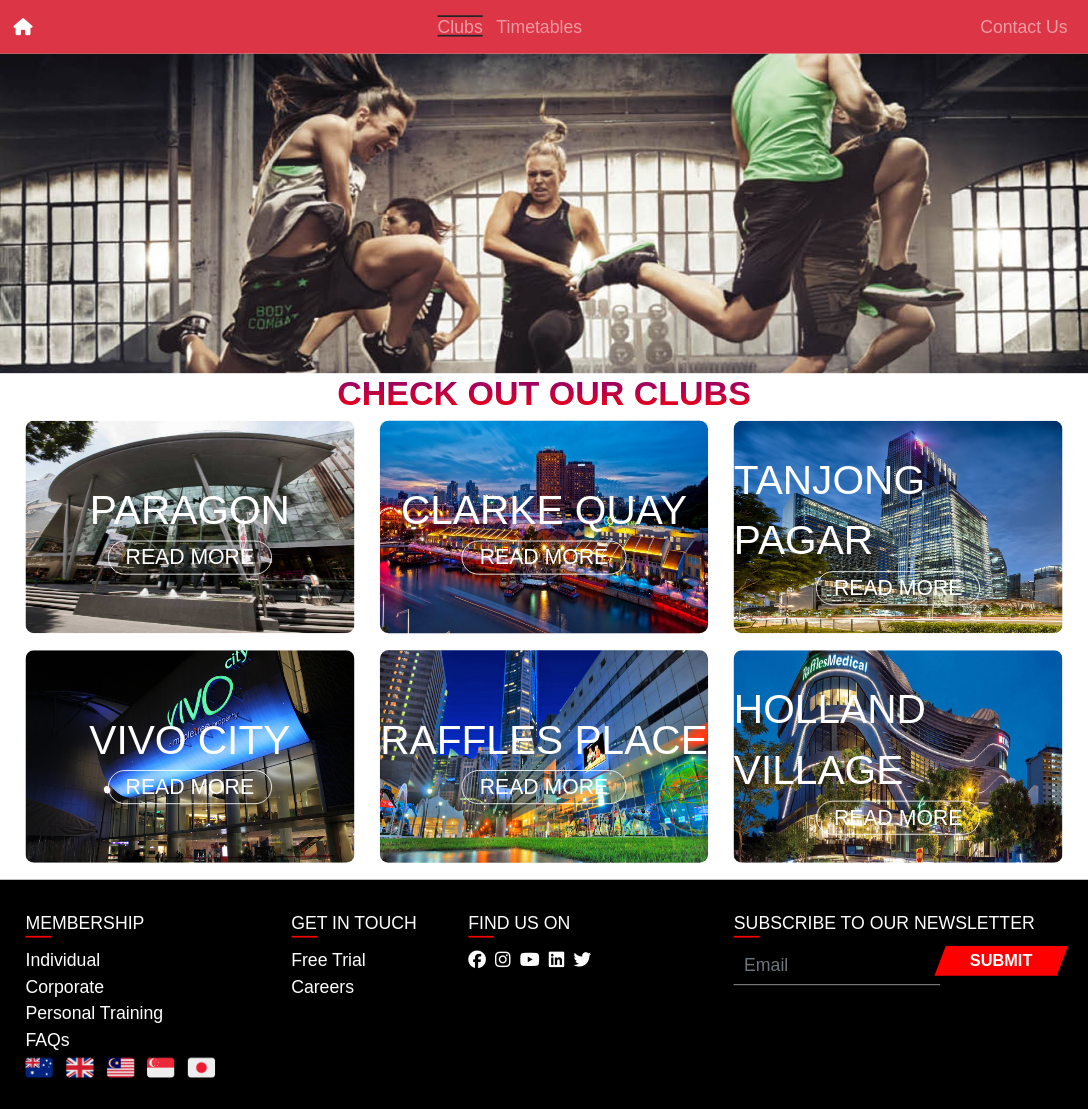
Repository: KJY93/User_Centric_Frontend_Development_Project
Page: clubs.html
The author's editor kept a record of every edit. The page is drawn from the files as they stood at one moment, then again after the next edit.
The browser window is 1280 px wide. The pictures show the whole page, at 85% of full size.
Some web fonts or font styles are not loaded; a fallback is used. Some web libraries are served in a nearby version.

Above is the page before.

After the next edit:
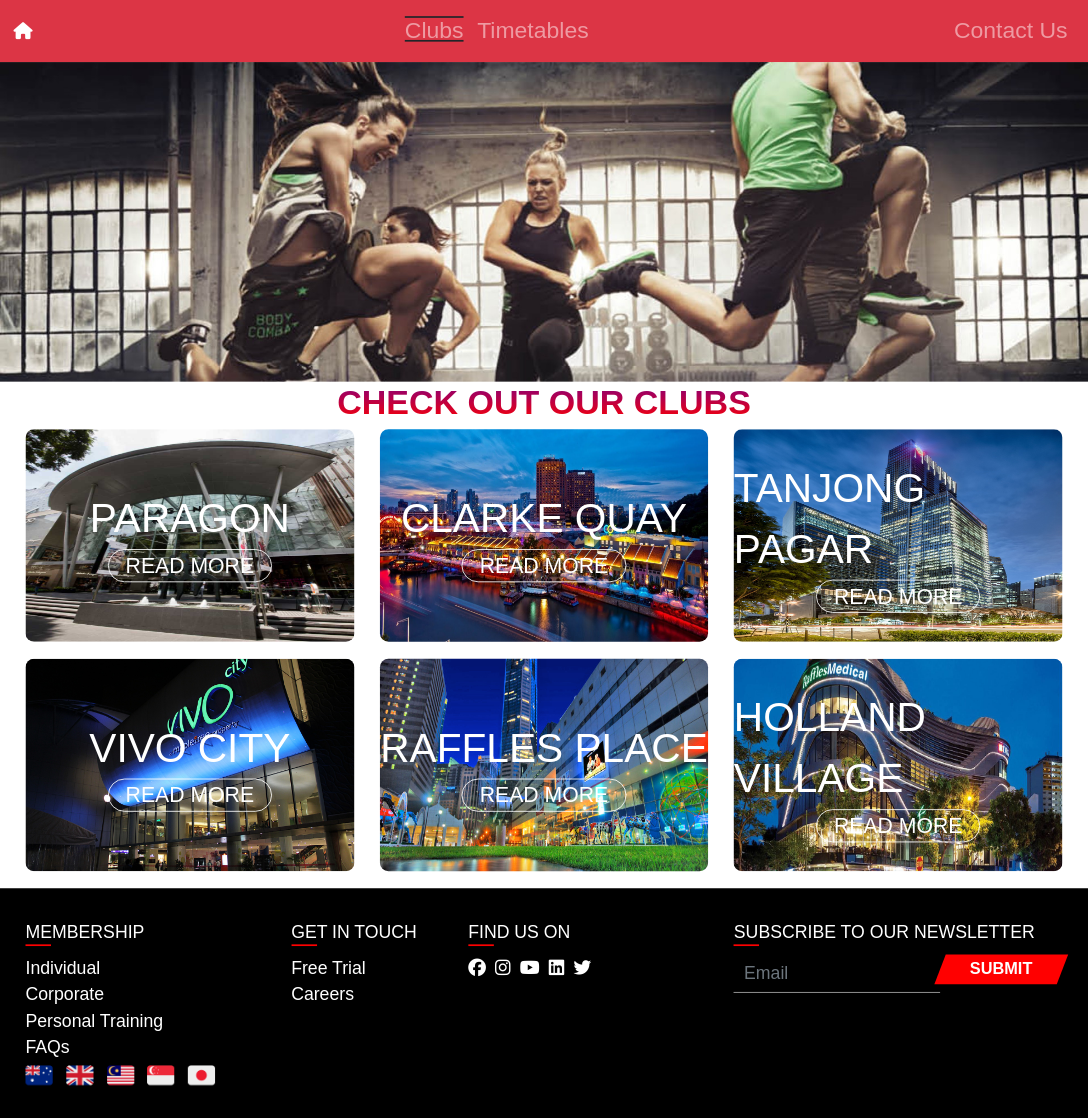
The edit:
--- a/static/styles.css
+++ b/static/styles.css
@@ -66,8 +66,7 @@
  	font-size: 1em;
 }
 
-/*.col-sm-12, .col-md-6, .nav-link, #signup-link {*/
-.col-sm-12, .col-md-6, #signup-link {
+.col-sm-12, .col-md-6, .nav-link, #signup-link {
 	font-size: 1.3em;
 }
 
